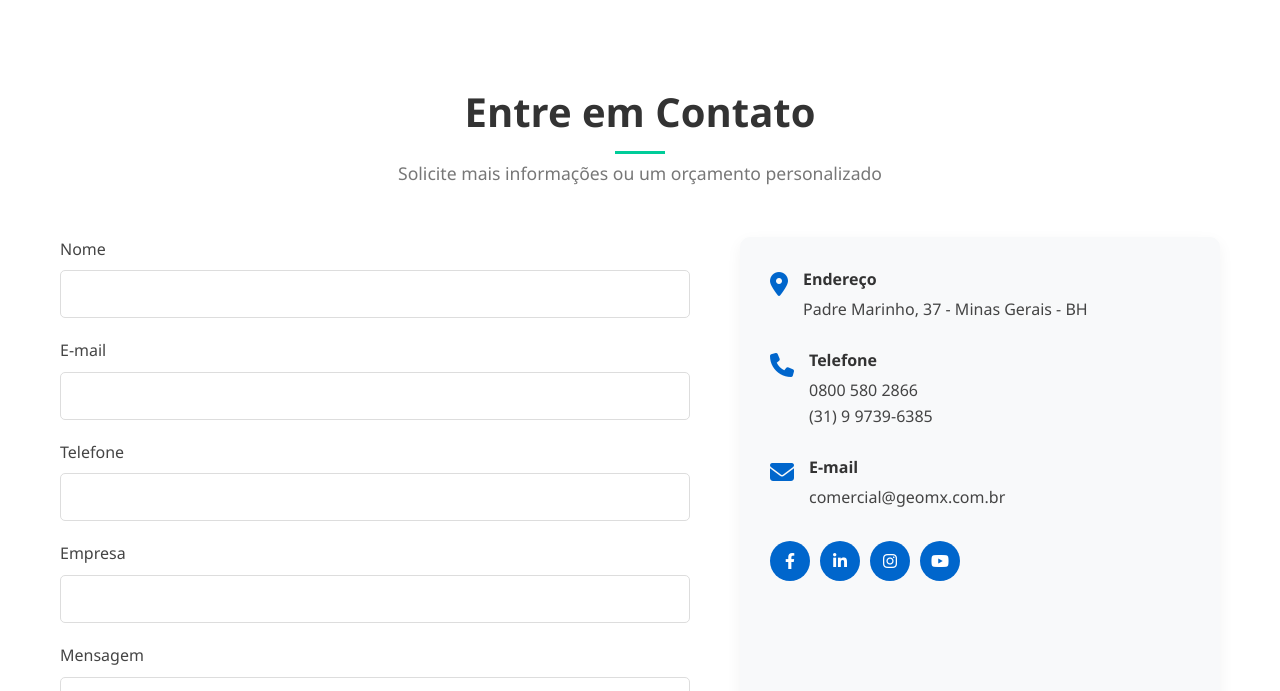
Repository: rocha1579/geomx
Page: telemetria.html
The author's editor kept a copy of each file at every save. The page is drawn from the files as they stood at one save, then again after the next save.
The browser window is 1280 px wide. The pictures show the part of the page from y = 2314 to 3005 px (the page is 4141 px tall before and 3873 px after).
Pictures or frames that could not be fetched are drawn as grey boxes. Backgrounds fixed to the window are drawn as part of the page.

Above is the page before, as saved 2025-05-05 11:19:52.
Not found: menu-fix.js

After the next save:
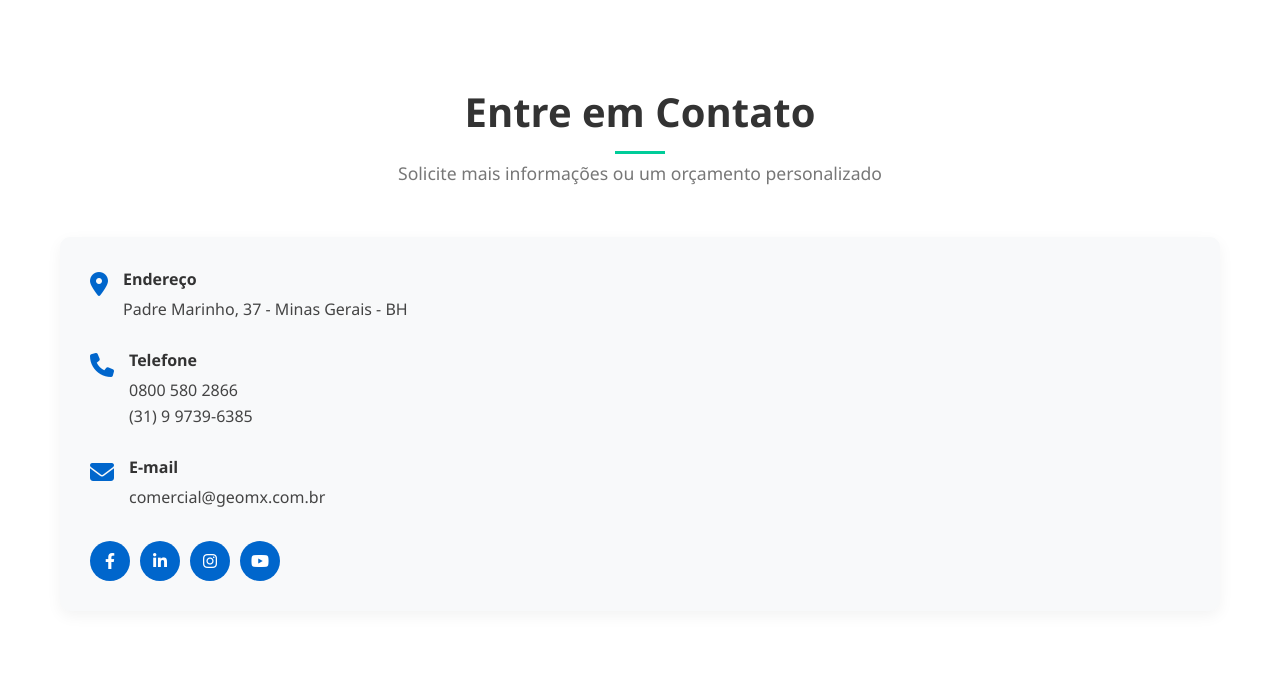
Saved 2 min 11 s later.
--- a/telemetria.html
+++ b/telemetria.html
@@ -326,37 +326,11 @@
                 <h2>Entre em Contato</h2>
                 <p>Solicite mais informações ou um orçamento personalizado</p>
             </div>
-            <div class="contato-content">
-                <div class="contato-form">
-                    <form id="formulario-contato" action="https://formsubmit.co/flavio@geomx.com.br" method="POST">
-                        <input type="hidden" name="_to" value="flavio@geomx.com.br,gabriel@geomx.com.br,comercial2@geomx.com.br,jessica@geomx.com.br,gabrielalvessr@gmail.com">
-                        <input type="hidden" name="_subject" value="Novo contato do site - Telemetria Veicular">
-                        <input type="hidden" name="_next" value="https://geomx.com.br/obrigado.html">
-                        <input type="hidden" name="_template" value="table">
-
-                        <div class="form-group">
-                            <label for="nome">Nome</label>
-                            <input type="text" id="nome" name="nome" required>
-                        </div>
-                        <div class="form-group">
-                            <label for="email">E-mail</label>
-                            <input type="email" id="email" name="email" required>
-                        </div>
-                        <div class="form-group">
-                            <label for="telefone">Telefone</label>
-                            <input type="tel" id="telefone" name="telefone">
-                        </div>
-                        <div class="form-group">
-                            <label for="empresa">Empresa</label>
-                            <input type="text" id="empresa" name="empresa">
-                        </div>
-                        <div class="form-group">
-                            <label for="mensagem">Mensagem</label>
-                            <textarea id="mensagem" name="mensagem" rows="5" required></textarea>
-                        </div>
-                        <button type="submit" class="btn-primary">Enviar Mensagem</button>
-                    </form>
-                </div>
+            <form id="formulario-contato" action="https://formsubmit.co/gabrielalvessr@gmail.com" method="POST">
+                <input type="hidden" name="_subject" value="Novo contato do site - Telemetria Veicular">
+                <input type="hidden" name="_next" value="https://geomx.com.br/obrigado.html">
+                <input type="hidden" name="_template" value="table">
+
                 <div class="contato-info">
                     <div class="info-item">
                         <i class="fas fa-map-marker-alt"></i>

After the save that followed:
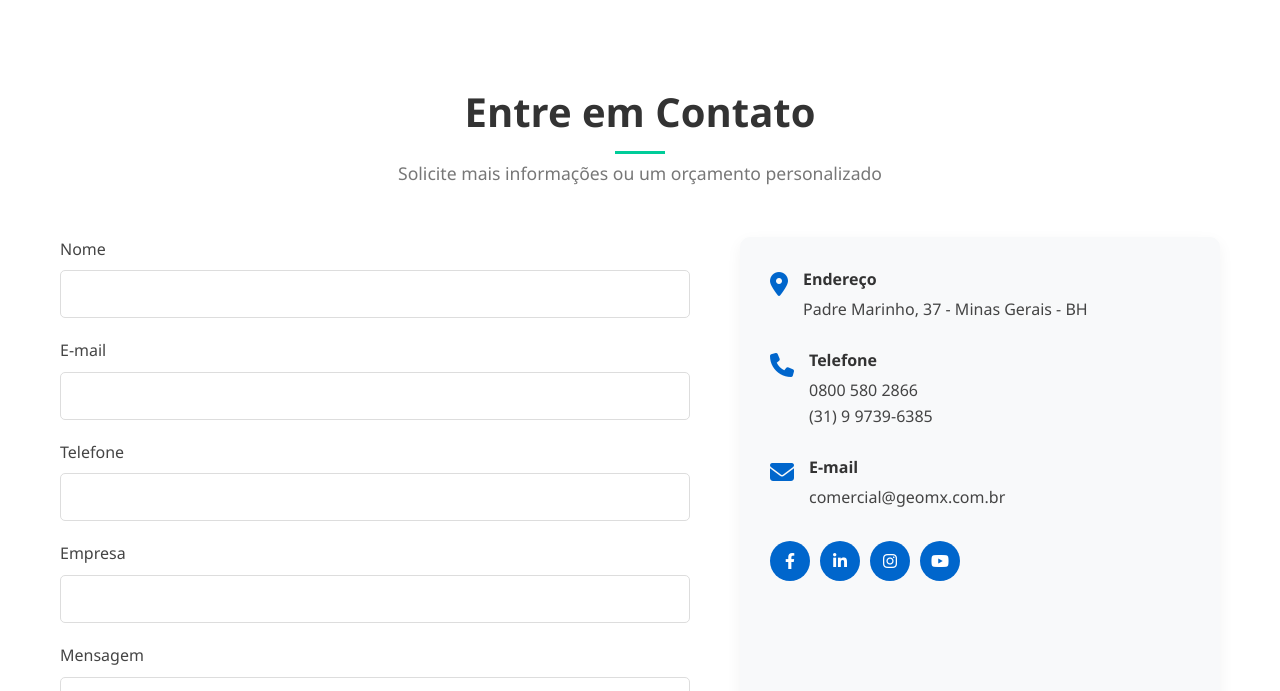
Saved 14 s later.
--- a/telemetria.html
+++ b/telemetria.html
@@ -326,11 +326,37 @@
                 <h2>Entre em Contato</h2>
                 <p>Solicite mais informações ou um orçamento personalizado</p>
             </div>
-            <form id="formulario-contato" action="https://formsubmit.co/gabrielalvessr@gmail.com" method="POST">
-                <input type="hidden" name="_subject" value="Novo contato do site - Telemetria Veicular">
-                <input type="hidden" name="_next" value="https://geomx.com.br/obrigado.html">
-                <input type="hidden" name="_template" value="table">
-
+            <div class="contato-content">
+                <div class="contato-form">
+                    <form id="formulario-contato" action="https://formsubmit.co/flavio@geomx.com.br" method="POST">
+                        <input type="hidden" name="_to" value="flavio@geomx.com.br,gabriel@geomx.com.br,comercial2@geomx.com.br,jessica@geomx.com.br,gabrielalvessr@gmail.com">
+                        <input type="hidden" name="_subject" value="Novo contato do site - Telemetria Veicular">
+                        <input type="hidden" name="_next" value="https://geomx.com.br/obrigado.html">
+                        <input type="hidden" name="_template" value="table">
+
+                        <div class="form-group">
+                            <label for="nome">Nome</label>
+                            <input type="text" id="nome" name="nome" required>
+                        </div>
+                        <div class="form-group">
+                            <label for="email">E-mail</label>
+                            <input type="email" id="email" name="email" required>
+                        </div>
+                        <div class="form-group">
+                            <label for="telefone">Telefone</label>
+                            <input type="tel" id="telefone" name="telefone">
+                        </div>
+                        <div class="form-group">
+                            <label for="empresa">Empresa</label>
+                            <input type="text" id="empresa" name="empresa">
+                        </div>
+                        <div class="form-group">
+                            <label for="mensagem">Mensagem</label>
+                            <textarea id="mensagem" name="mensagem" rows="5" required></textarea>
+                        </div>
+                        <button type="submit" class="btn-primary">Enviar Mensagem</button>
+                    </form>
+                </div>
                 <div class="contato-info">
                     <div class="info-item">
                         <i class="fas fa-map-marker-alt"></i>
